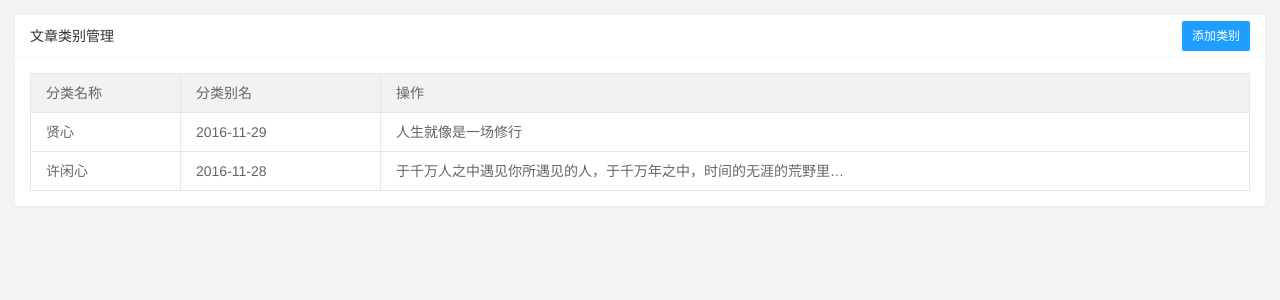
Repository: Janshen111/web_bigevent
Page: article/art_cate.html
These files come from the project's save history. The page is drawn as it stood at one moment and after the next save; the edit follows.
The browser window is 1280 px wide. The pictures show the whole page.

Above is the page before, as saved 2022-09-01 14:18:18.

After the next save:
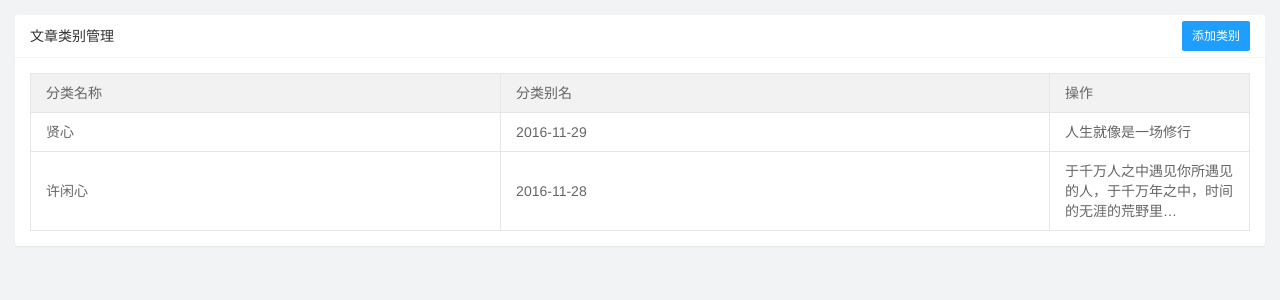
Saved 55 s later.
--- a/article/art_cate.html
+++ b/article/art_cate.html
@@ -20,9 +20,9 @@
         <div class="layui-card-body">
             <table class="layui-table">
                 <colgroup>
-                    <col width="150">
+                    <col>
+                    <col>
                     <col width="200">
-                    <col>
                 </colgroup>
                 <thead>
                     <tr>
